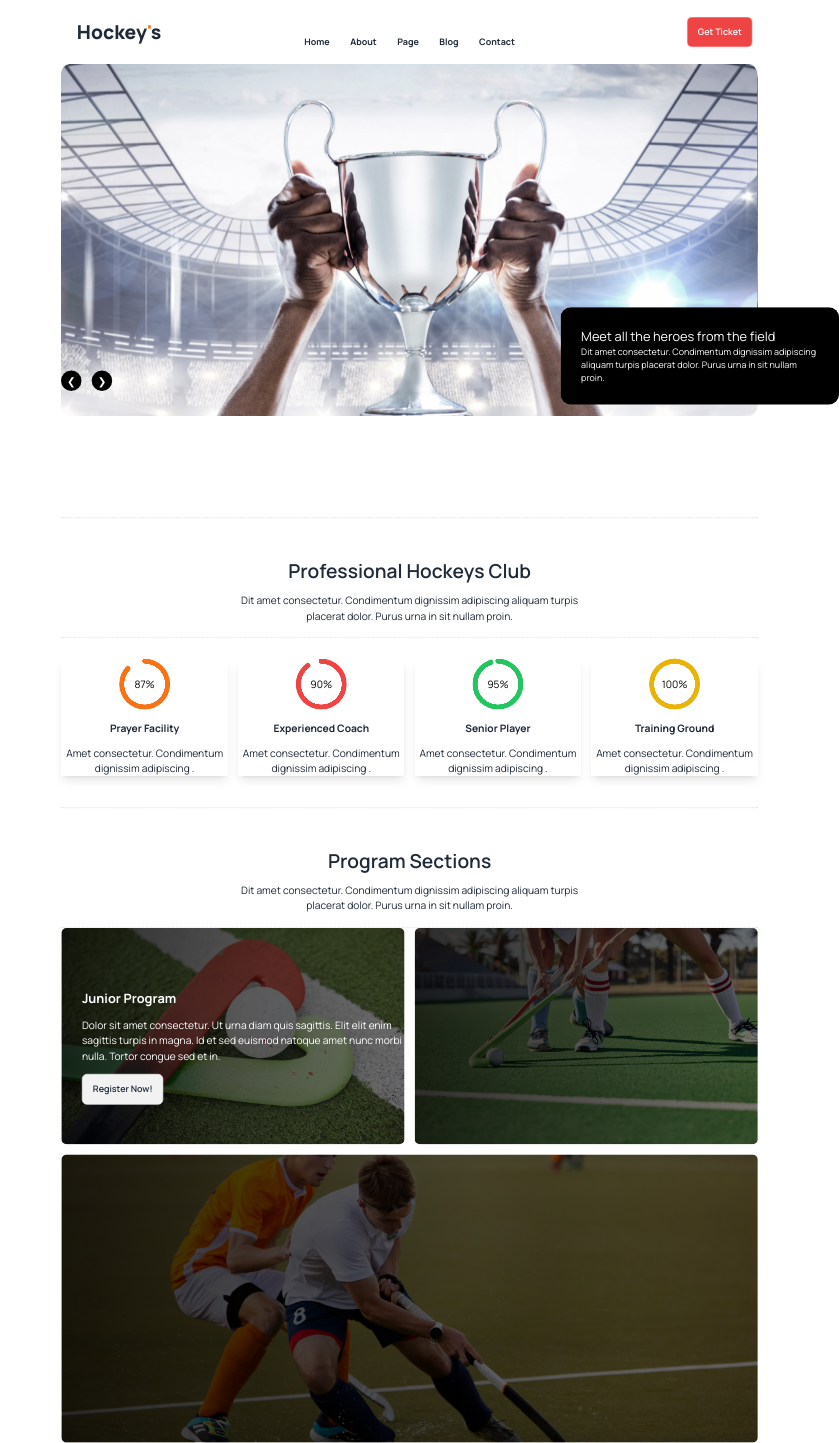
Repository: RudrasahaDibos/Hockey-
Page: index.html
An editor plug-in stored every save of this project. The page is shown before and after the next save, followed by the edit.
The browser window is 1280 px wide. The page is 1311 px wide, so the pictures cover 1311 px, including what lies to the right of the window. The pictures show the whole page, at 64% of full size.
Some web libraries are served in a nearby version.

Above is the page before, as saved 2024-10-23 22:38:04.

After the next save:
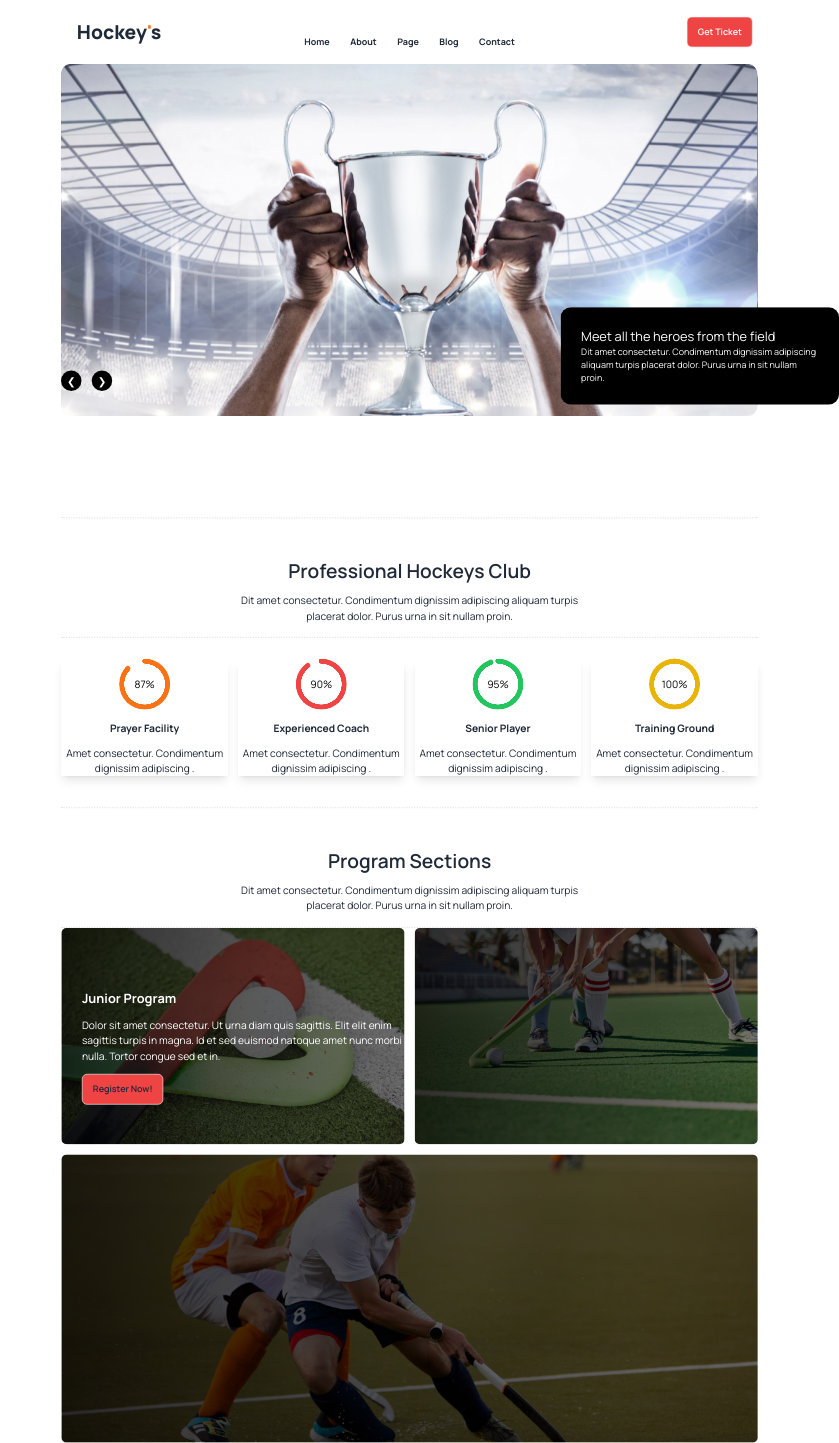
Saved 6 s later.
--- a/index.html
+++ b/index.html
@@ -215,7 +215,7 @@
                                     <h2 class="text-white text-xl font-bold">Junior Program</h2>
                                     <p class="text-white">Dolor sit amet consectetur. Ut urna diam quis sagittis. Elit elit
                                       enim sagittis turpis in magna. Id et sed euismod natoque amet nunc morbi nulla. Tortor congue sed et in.</p>
-                                     <button class="btn bg-re">Register Now!</button>
+                                     <button class="btn bg-red-500">Register Now!</button>
                                    </div>
                                  </div>
 
